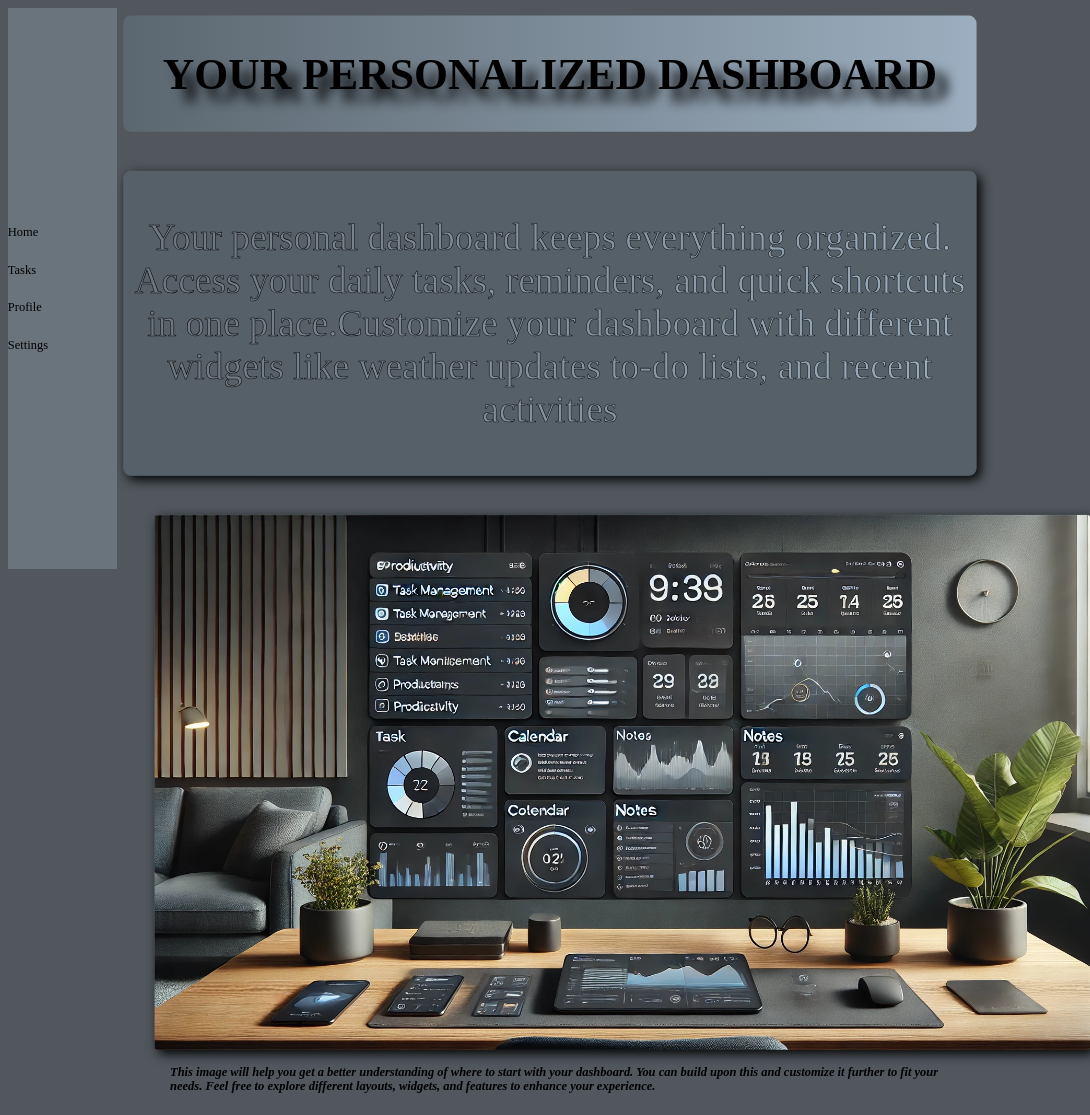
Repository: Parnicoza/testecomplete
Page: testcomplet-14.html
An editor plug-in stored every save of this project. The page is shown before and after the next save, followed by the edit.
The browser window is 1280 px wide. The page is 1398 px wide, so the pictures cover 1398 px, including what lies to the right of the window. The pictures show the whole page, at 78% of full size.

Above is the page before, as saved 2025-02-27 16:25:09.

### testcomplet-14.html
<!DOCTYPE html>
<html lang="en">

<head>
    <title>Personal Dashboard</title>
    <link rel="stylesheet" href="stilizaretestcomplet-14.css">
    <link rel="icon" href="imaginitestecomplete/dashboard.ico">
</head>

<body>
    <div class="background-for-the-heading">
        <h1 class="main-heading">Your Personalized Dashboard</h1>
    </div>

    <div class="thesamebackground">
        <p class="paragraph-gradient">Your personal dashboard keeps everything organized. Access your daily tasks,
            reminders, and quick shortcuts in one place.Customize your dashboard with different widgets like weather
            updates to-do lists, and recent activities</p>
    </div>

    <div class="divimage">
        <figure>
            <img src="imaginitestecomplete/productivity.jpg" alt="productivity image" width="1200" class="image" title="Productivity image" usemap="#dashboard-map">
            <map name="dashboard-map">
                <area shape="rect" coords="341,127,487,280" href="https://blog.productivity.directory/" alt="Productivity blog" target="_blank">
                <area shape="rect" coords="670,134,825,280" href="https://blog.productivity.directory/" alt="Productivity blog" target="_blank">
            </map>
            <figcaption class="figcaption">This image will help you get a better understanding of where to start with
                your dashboard.
                You can build upon this and customize it further to fit your needs.
                Feel free to explore different layouts, widgets, and features to enhance your experience.
            </figcaption>
        </figure>
    </div>

    <div class="Dashboard">
        <div class="sidebar">
            <ul class="list">
                <li>Home</li>
                <li>Tasks</li>
                <li>Profile</li>
                <li>Settings</li>
            </ul>
        </div>
    </div>
</body>

</html>

### stilizaretestcomplet-14.css
body{
    background-color:#51575D;
}

.main-heading{
    text-align: center;
    text-transform: uppercase;
    text-shadow: 15px 15px 15px black;
    font-size: 3.5em;
    color: black;
}

.background-for-the-heading{
    background: linear-gradient(to right, #5B6770, #9CAEBF);
    margin: 20px;
    padding: 5px;
    border-radius: 10px;
    margin-left: 150px;
}

.thesamebackground{
    background-color: rgba(91, 103, 112, 0.6) ;
    margin-left: 150px;
    margin-top: 50px;
    text-align: center;
    padding: 10px;
    border-radius: 10px;
    box-shadow: 5px 5px 15px black;
    margin-right: 20px;
}

.paragraph-gradient{
    background: linear-gradient(to right, #6A747D, #9BAEBF);
    background-clip: text;
    color: transparent;
    font-size: 3em;
    -webkit-text-stroke: 0.7px black;
    text-align: center;
}

.quote{
    border: 1px dotted black;
    padding: 10px;
    margin-left: 150px;
}

.divider{
    border: none;
    height: 4px;
    background-color: lightgray;
    border: 3px dotted black;
    margin: 14px;
    margin-left: 150px;
}

.image{
    border-radius: 5px;
    box-shadow: 5px 5px 15px black;
    display: block;
    margin: 0 auto;
}

.picture{
    margin-left: 150px;
}

.Dashboard{
    display: flex;
}

.sidebar{
    display: flex;
    flex-direction: column;
   width: 140px;
   position: fixed;
   left: 0;
   top: 0;
   height: 100vh;
   justify-content: center;
   margin: 10px;
   background-color: #6A747D;
}

.list{
    list-style-type: none;
    display: flex;
    flex-direction: column;
    gap: 30px;
    padding: 0;
}

.container{
    margin-left: 150px;
}

.divimage{
    display: block;
    margin-left: 150px;
    margin-top: 50px;

}

.figcaption{
    font-style: italic;
    font-weight: bold;
    margin: 20px;
}

After the next save:
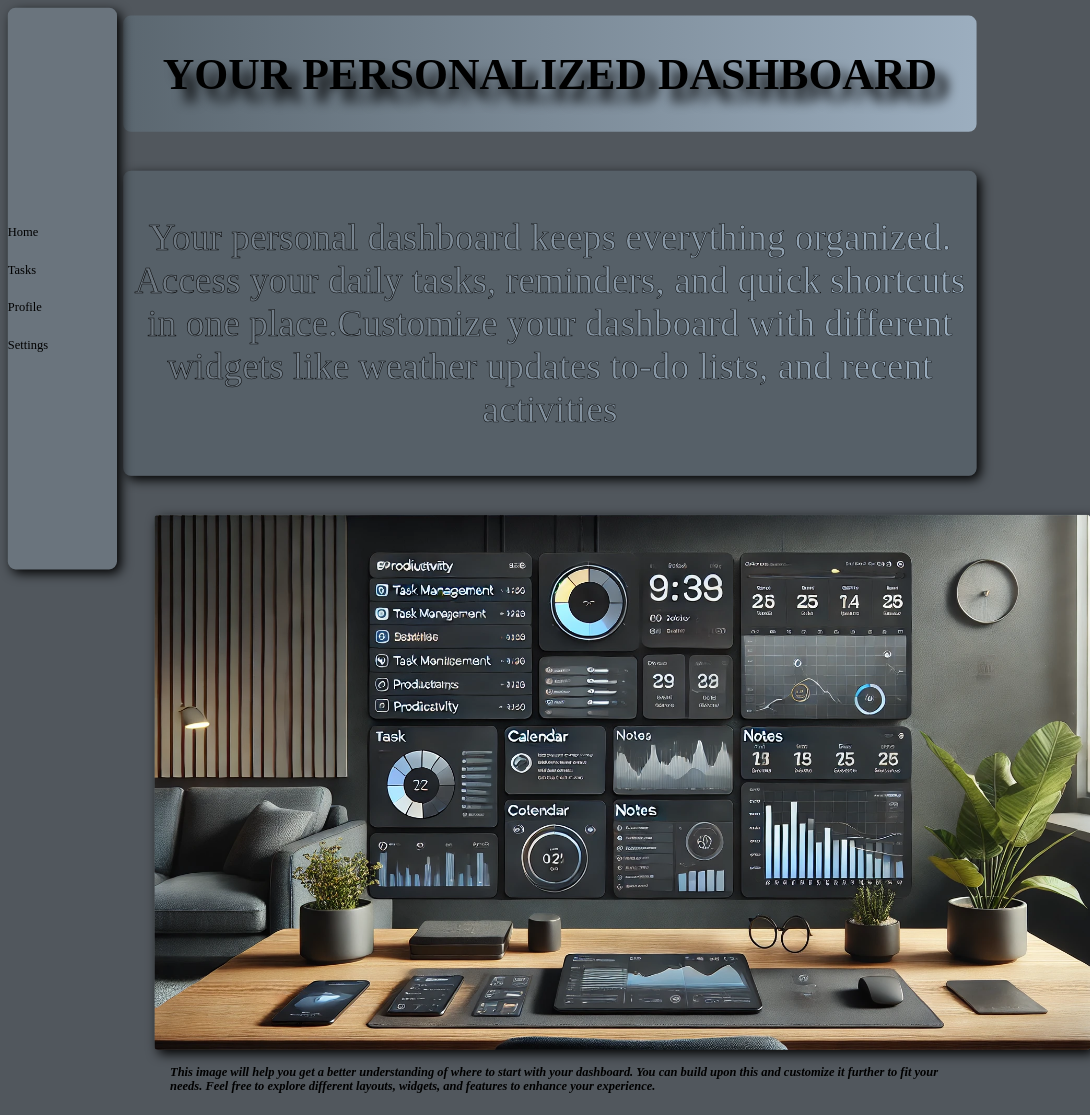
Saved 19 s later.
--- a/stilizaretestcomplet-14.css
+++ b/stilizaretestcomplet-14.css
@@ -79,6 +79,9 @@ body{
    justify-content: center;
    margin: 10px;
    background-color: #6A747D;
+    border-radius: 10px;
+    box-shadow: 5px 5px 15px black;
+
 }
 
 .list{

After the save that followed:
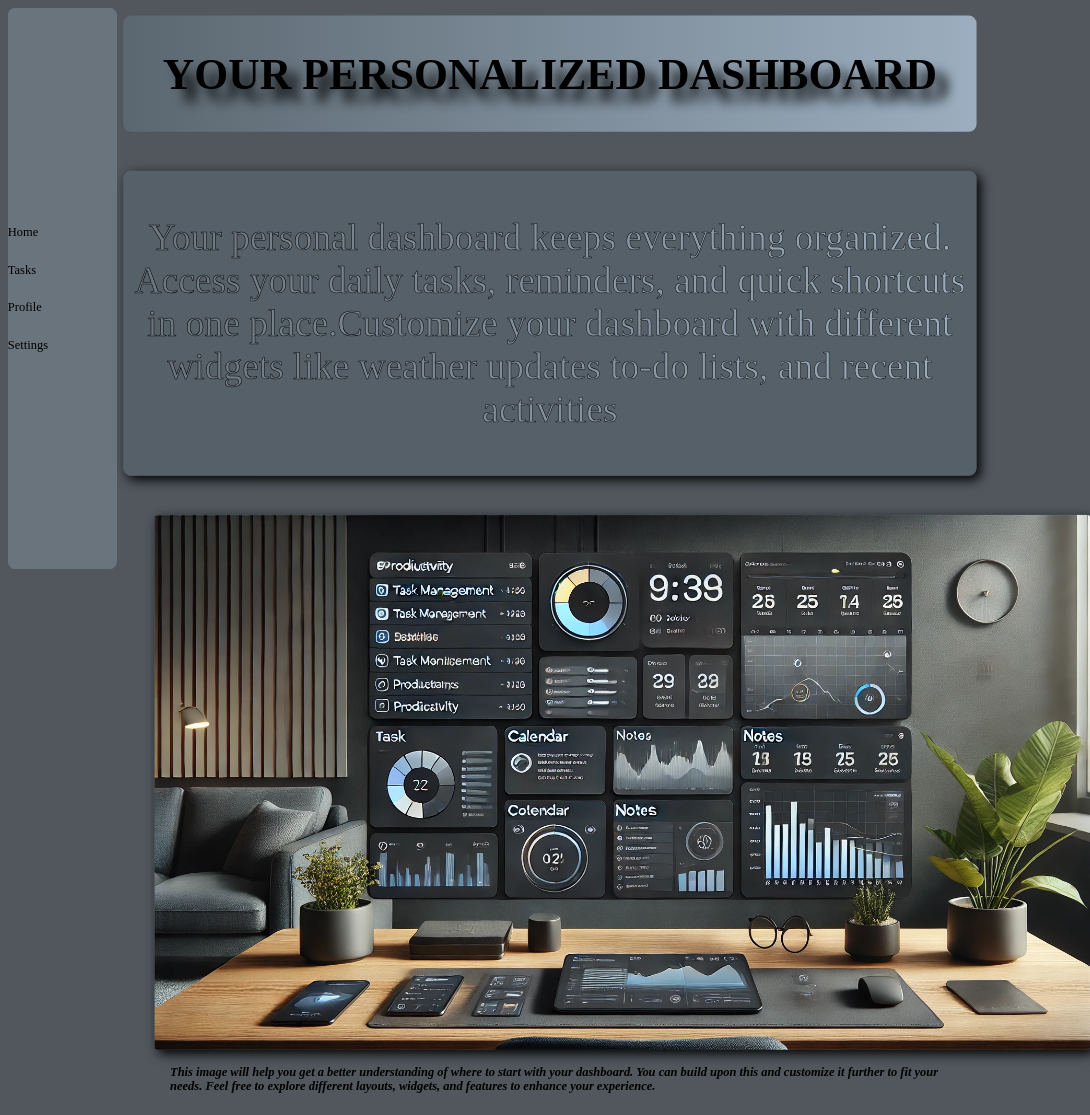
Saved 20 s later.
--- a/stilizaretestcomplet-14.css
+++ b/stilizaretestcomplet-14.css
@@ -80,7 +80,7 @@ body{
    margin: 10px;
    background-color: #6A747D;
     border-radius: 10px;
-    box-shadow: 5px 5px 15px black;
+    box-shadow: -5px -5px -15px black;
 
 }
 
